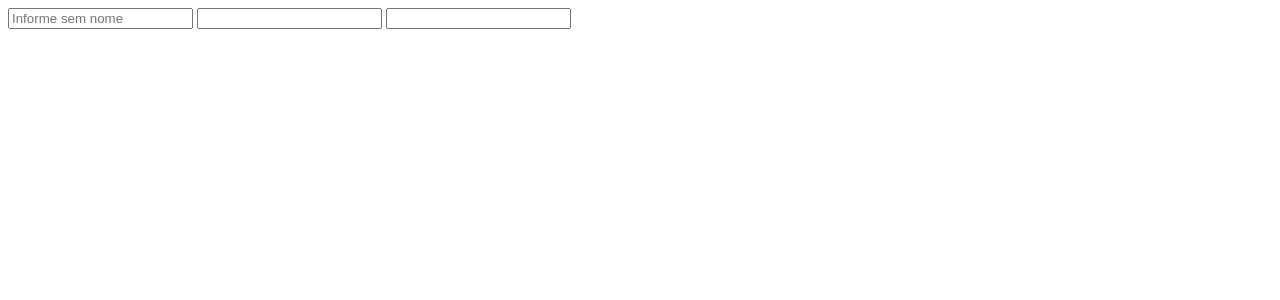
Repository: toniferreirasantos/teste-web
Page: index.html
The author's editor kept a copy of each file at every save. The page is drawn from the files as they stood at one save, then again after the next save.
The browser window is 1280 px wide. The pictures show the whole page.

Above is the page before, as saved 2025-09-16 19:21:40.

After the next save:
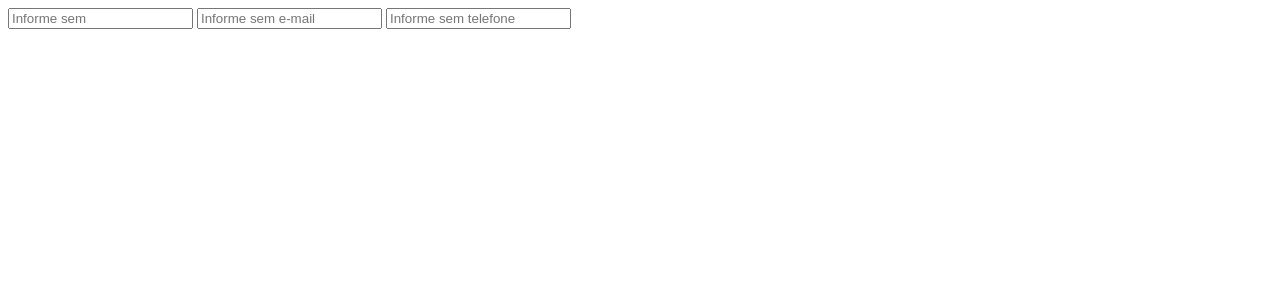
Saved 24 s later.
--- a/index.html
+++ b/index.html
@@ -9,11 +9,11 @@
 </head>
 <body>
 
-    <input type="text" name="nome_cliente" placeholder="Informe sem nome">
+    <input type="text" name="nome_cliente" placeholder="Informe sem ">
 
 
-    <input type="text" name="email_cliente">
-    <input type="text" name="telefone_cliente">
+    <input type="text" name="email_cliente" placeholder="Informe sem e-mail">
+    <input type="text" name="telefone_cliente" placeholder="Informe sem telefone">
 
 </body>
 </html>
